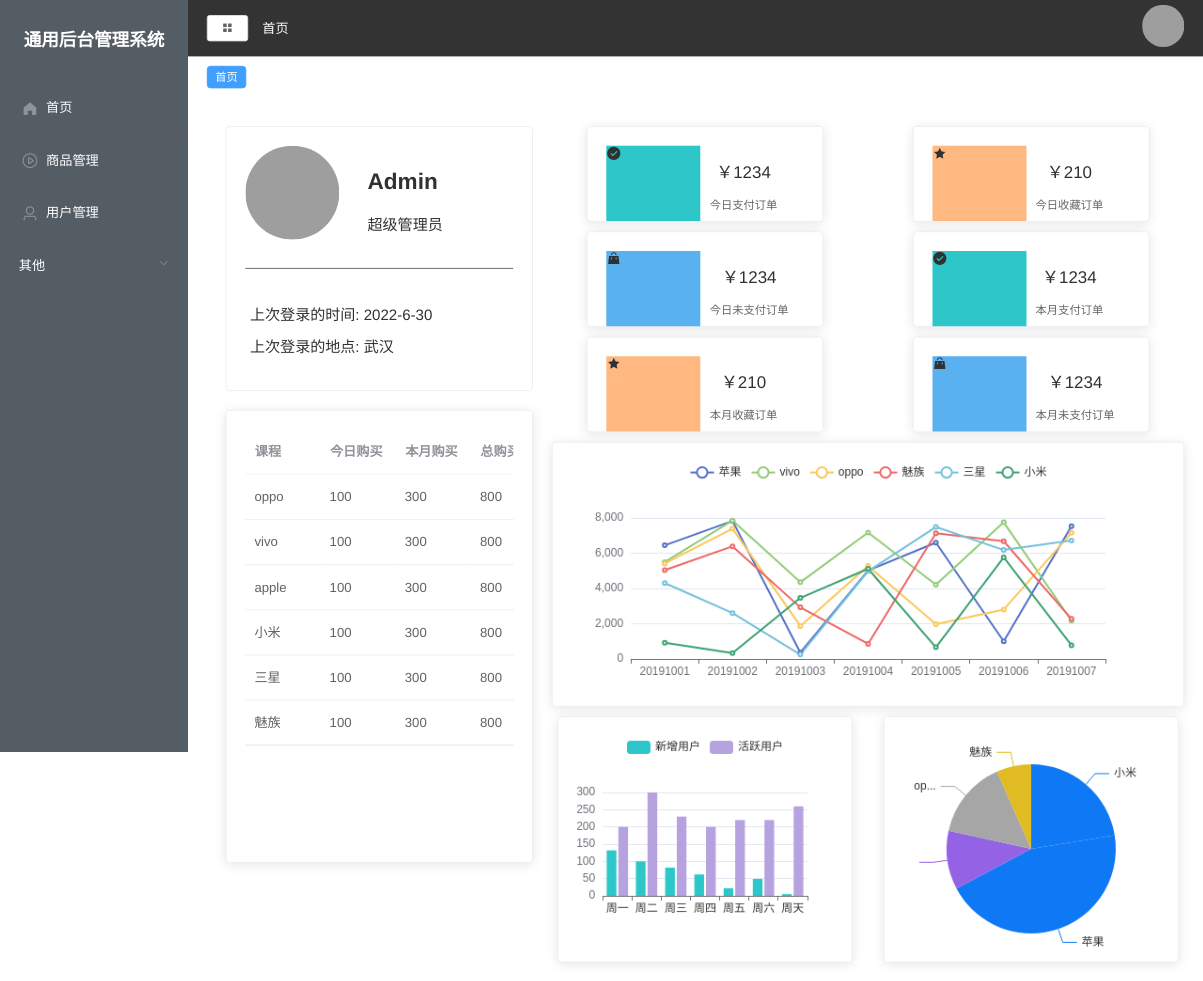
Repository: zhangwen001208/cmd
Page: /
These files come from the project's save history. The page is drawn as it stood at one moment and after the next save; the edit follows.
The browser window is 1280 px wide. The pictures show the whole page, at 94% of full size.
Pictures or frames that could not be fetched are drawn as grey boxes. The project was rebuilt for these pictures with package versions that can differ from the ones it lists, and the page was loaded fresh each time. Also part of the build but not shown: vue.config.js.

Above is the page before, as saved 2022-08-27 17:49:28.

After the next save:
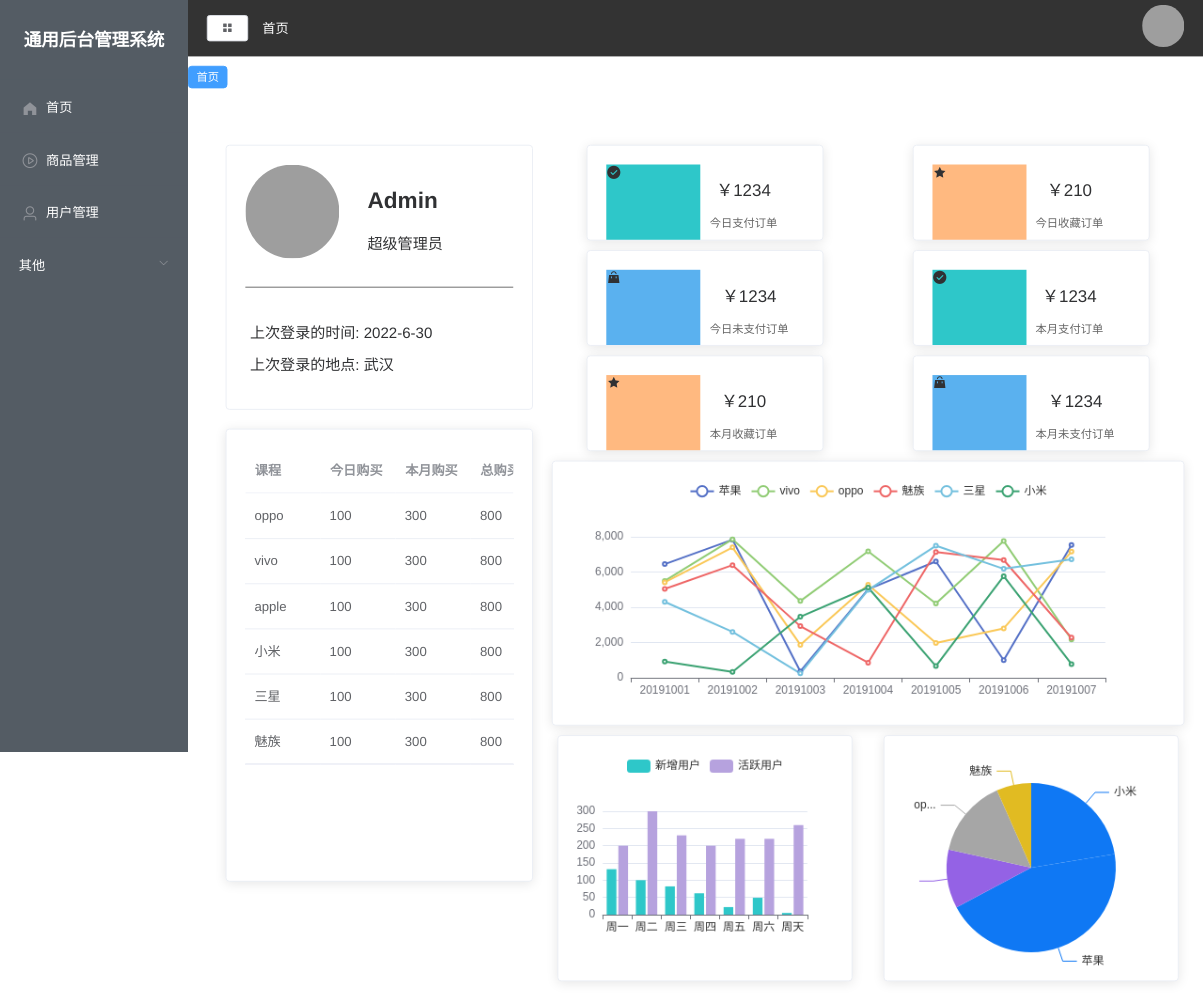
Saved 14 s later.
--- a/src/components/commendTag.vue
+++ b/src/components/commendTag.vue
@@ -55,7 +55,7 @@
 <style lang="less" scoped>
 
 .tag {
-    margin: 10px 20px 0 20px;
+    margin: 10px  0 20px;
     .el-tag {
         margin-right: 20px;
         cursor: pointer;

After the save that followed:
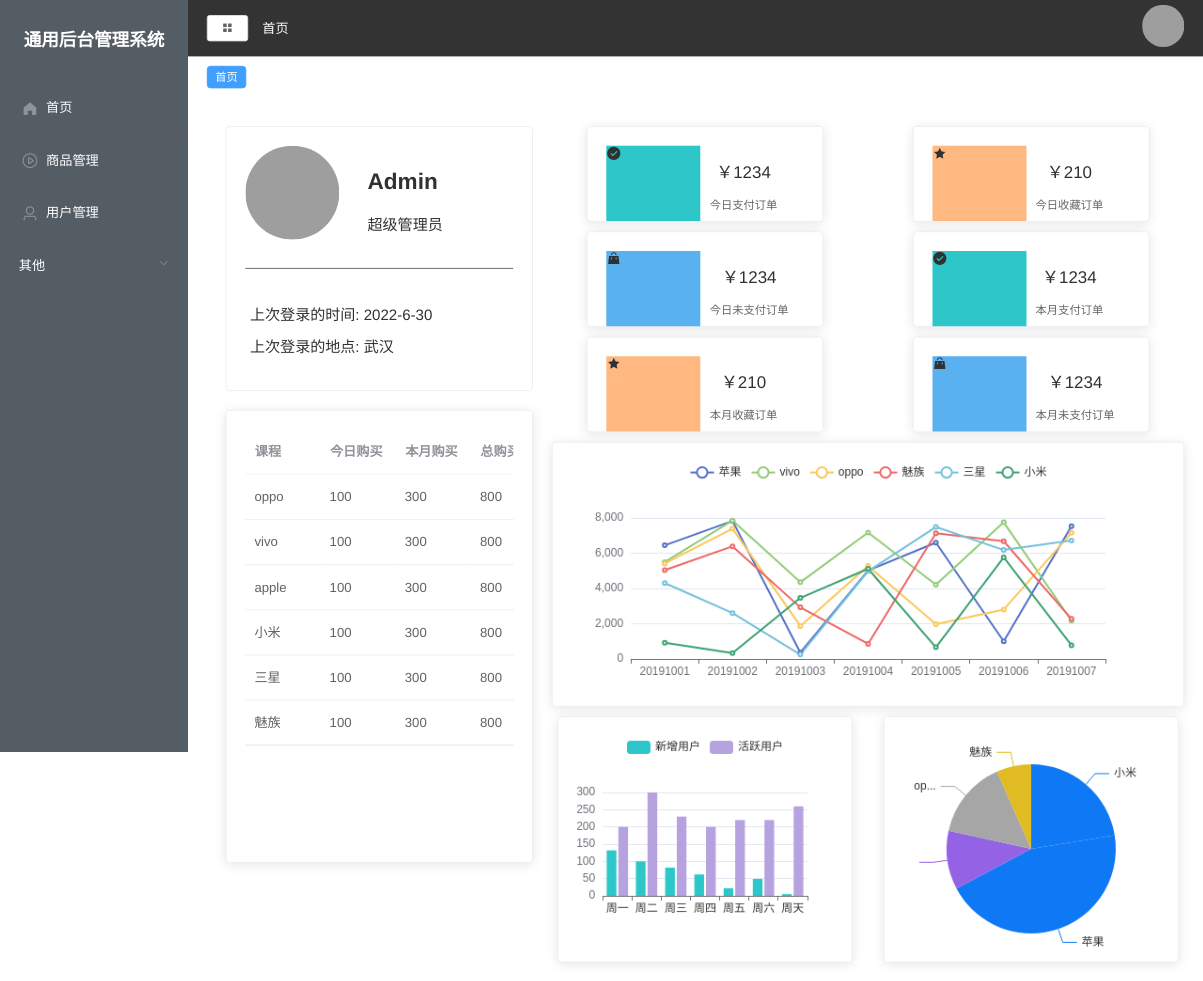
Saved 17 s later.
--- a/src/components/commendTag.vue
+++ b/src/components/commendTag.vue
@@ -55,7 +55,7 @@
 <style lang="less" scoped>
 
 .tag {
-    margin: 10px  0 20px;
+    margin: 10px 20px 0 20px;
     .el-tag {
         margin-right: 20px;
         cursor: pointer;
